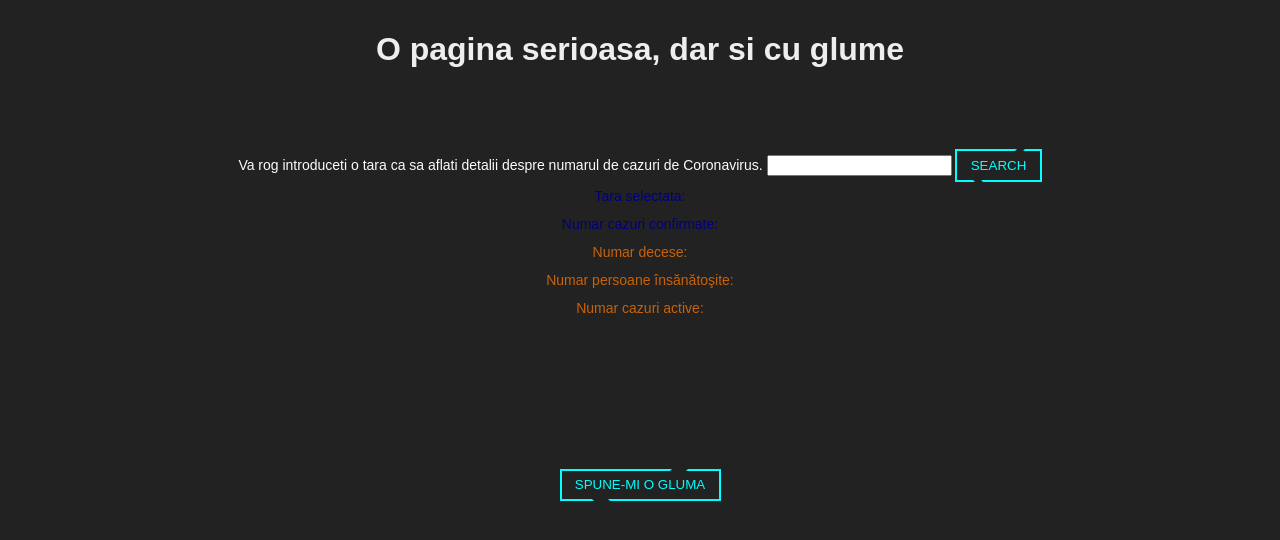
Repository: vladturturica97/proiect-cc2
Page: server/frontend/index.html
The author's editor kept a record of every edit. The page is drawn from the files as they stood at one moment, then again after the next edit.
The browser window is 1280 px wide. The pictures show the whole page.

Above is the page before.

### server/frontend/index.html
<html>
<head>
    <style type="text/css">
        body {
            display: flex;
          flex-direction: column;
          height: 93vh;
          justify-content: center;
          align-items: center;
          background: #222;
          color: #eee;
          font-family: "Dosis", sans-serif;

        }

        .spoiler, .spoiler2{
            color: black;
            background-color:black;
        }

        .spoiler:hover{
            color: white;
        }

        .spoiler2:hover {
            background-color:white;
        }
        .underlined-a {
              text-decoration: none;
              color: aqua;
              padding-bottom: 0.15em;
              box-sizing: border-box;
              box-shadow: inset 0 -0.2em 0 aqua;
              transition: 0.2s;
        }
        .underlined-a:hover {
            color: #222;
            box-shadow: inset 0 -2em 0 aqua;
            transition: all 0.45s cubic-bezier(0.86, 0, 0.07, 1);
        }

        .brk-btn {
  position: relative;
  background: none;
  color: aqua;
  text-transform: uppercase;
  text-decoration: none;
  border: 0.2em solid aqua;
  padding: 0.5em 1em;

    }


  .brk-btn:before {
    content: "";
    display: block;
    position: absolute;
    width: 10%;
    background: #222;
    height: 0.3em;
    right: 20%;
    top: -0.21em;
    transform: skewX(-45deg);
    -webkit-transition: all 0.45s cubic-bezier(0.86, 0, 0.07, 1);
    transition: all 0.45s cubic-bezier(0.86, 0, 0.07, 1);
  }
  .brk-btn:after {
    content: "";
    display: block;
    position: absolute;
    width: 10%;
    background: #222;
    height: 0.3em;
    left: 20%;
    bottom: -0.25em;
    transform: skewX(45deg);
    -webkit-transition: all 0.45 cubic-bezier(0.86, 0, 0.07, 1);
    transition: all 0.45s cubic-bezier(0.86, 0, 0.07, 1);
  }
  .brk-btn:hover::before {
      right: 80%;
    }
   .brk-btn:hover::after {
      left: 80%;
    }

    p {
	font-size: 14;
	font-weight: 400;
	line-height: 2;
	margin-bottom: 1.5em;
	color: #fcfcfc;
	text-align: center;
    }
    /*h1 {
	font-size: calc(2.8em + 2.6vw);
	font-weight: 700;
	letter-spacing: .01em;
	padding: 10rem 0 0 4.5rem;
	text-shadow: .022em .022em .022em #111;
	color: #fff;
    }*/
    header {
    position: absolute;
      left: 50%;
      top: 50px;
      transform: translate(-50%, -50%);
      width: 600px;
      text-align: center;
    }
  </style>
</head>
<header><h1>O pagina serioasa, dar si cu glume</h1></header>
<body>


<script>
    function isEmpty(obj) {
        for(var key in obj) {
            if(obj.hasOwnProperty(key))
                return false;
            }
                return true;
    }

    function readCovidJson(){
            if(this.readyState == 4 && this.status == 200){
                var jsonn = JSON.parse(this.responseText);
                if(isEmpty(jsonn)){
                    window.alert("Tara invalida");
                }
                else {
                    var lastElement = jsonn[jsonn.length-1];
                    var country = lastElement.Country;
                    document.getElementById('country').innerHTML = country;

                    var confirmed = lastElement.Confirmed;
                    document.getElementById('confirmed').innerHTML = confirmed;

                    var deaths = lastElement.Deaths;
                    document.getElementById('deaths').innerHTML = deaths;

                    var recovered = lastElement.Recovered;
                    document.getElementById('recovered').innerHTML = recovered;

                    var active = lastElement.Active;
                    document.getElementById('active').innerHTML = active;
                }
            }
    }

    function importCountry(){
        var countryInput = document.getElementById("countryInput").value;

        var xhr = new XMLHttpRequest();
        xhr.overrideMimeType("application/json");
        xhr.onreadystatechange = readCovidJson;
        xhr.open("POST", "/country", true);
        xhr.setRequestHeader('Content-Type', 'application/json;charset=UTF-8');
        xhr.send(JSON.stringify({country: countryInput}));
        console.log(xhr);

    }

    function readJoke(){
            if(this.readyState == 4 && this.status == 200){
                var jsonn = JSON.parse(this.responseText);
                var jokeSetup = jsonn[0].setup;
                document.getElementById('jokeSetup').innerHTML = jokeSetup;

                var jokePunchline = jsonn[0].punchline;
                document.getElementById('jokePunchline').innerHTML = jokePunchline;
                }
    }

    function importJoke(){
        var xhr = new XMLHttpRequest();
        xhr.overrideMimeType("application/json");
        xhr.onreadystatechange = readJoke;
        xhr.open("POST", "/joke", true);
        xhr.setRequestHeader('Content-Type', 'application/json;charset=UTF-8');
        xhr.send(null);
    }
</script>

<p>
Va rog introduceti o tara ca sa aflati detalii despre numarul de cazuri de Coronavirus.
<input type="text" id="countryInput" name="search">
<button onclick="importCountry()" class="brk-btn">Search</button><br>

        <label style="color:#000080" > Tara selectata: </label>
        <label id="country" class="underlined-a">  </label><br>
        <label style="color:#000080" > Numar cazuri confirmate: </label>
        <label id="confirmed" class="underlined-a">  </label><br>
        <label style="color:#c96208" > Numar decese: </label>
        <label id="deaths" class="underlined-a">  </label><br>
        <label style="color:#c96208"> Numar persoane însănătoşite: </label>
        <label id="recovered" class="underlined-a">  </label><br>
        <label style="color:#c96208"> Numar cazuri active: </label>
        <label id="active" class="underlined-a" >  </label><br><br><br><br><br>
    </p>

    <p>
        <button onclick="importJoke()" class="brk-btn">Spune-mi o gluma</button><br>
        <label id="jokeSetup"> </label><br>
        <span class="spoiler2"> <label id="jokePunchline">              </label> </span>
    </p>
</body>
</html>

After the next edit:
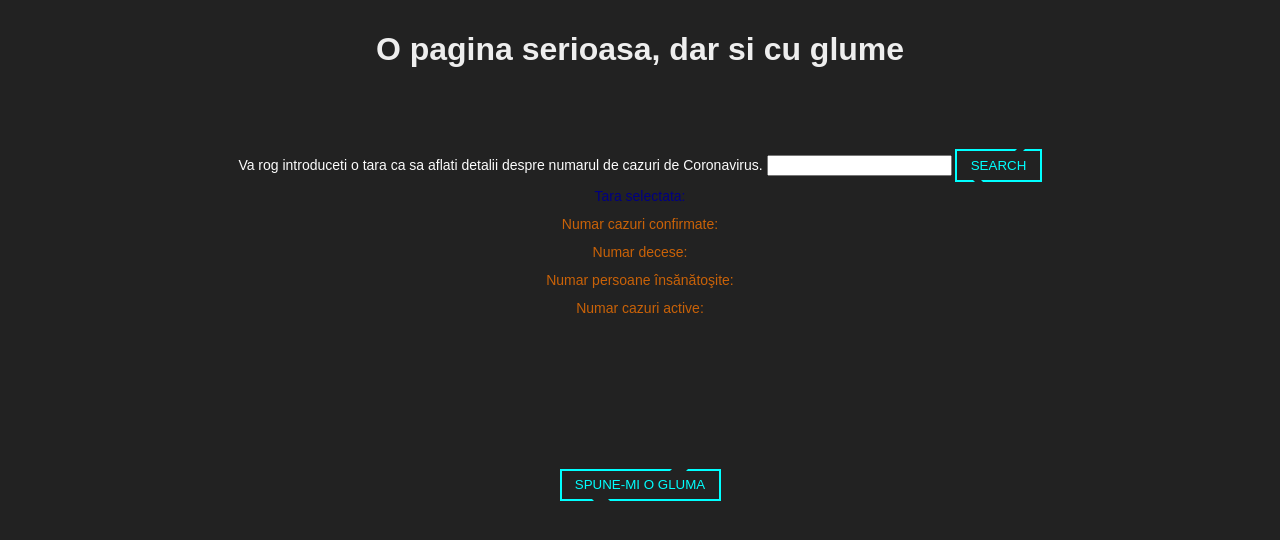
The edit:
--- a/server/frontend/index.html
+++ b/server/frontend/index.html
@@ -190,7 +190,7 @@
 
         <label style="color:#000080" > Tara selectata: </label>
         <label id="country" class="underlined-a">  </label><br>
-        <label style="color:#000080" > Numar cazuri confirmate: </label>
+        <label style="color:#c96208" > Numar cazuri confirmate: </label>
         <label id="confirmed" class="underlined-a">  </label><br>
         <label style="color:#c96208" > Numar decese: </label>
         <label id="deaths" class="underlined-a">  </label><br>
